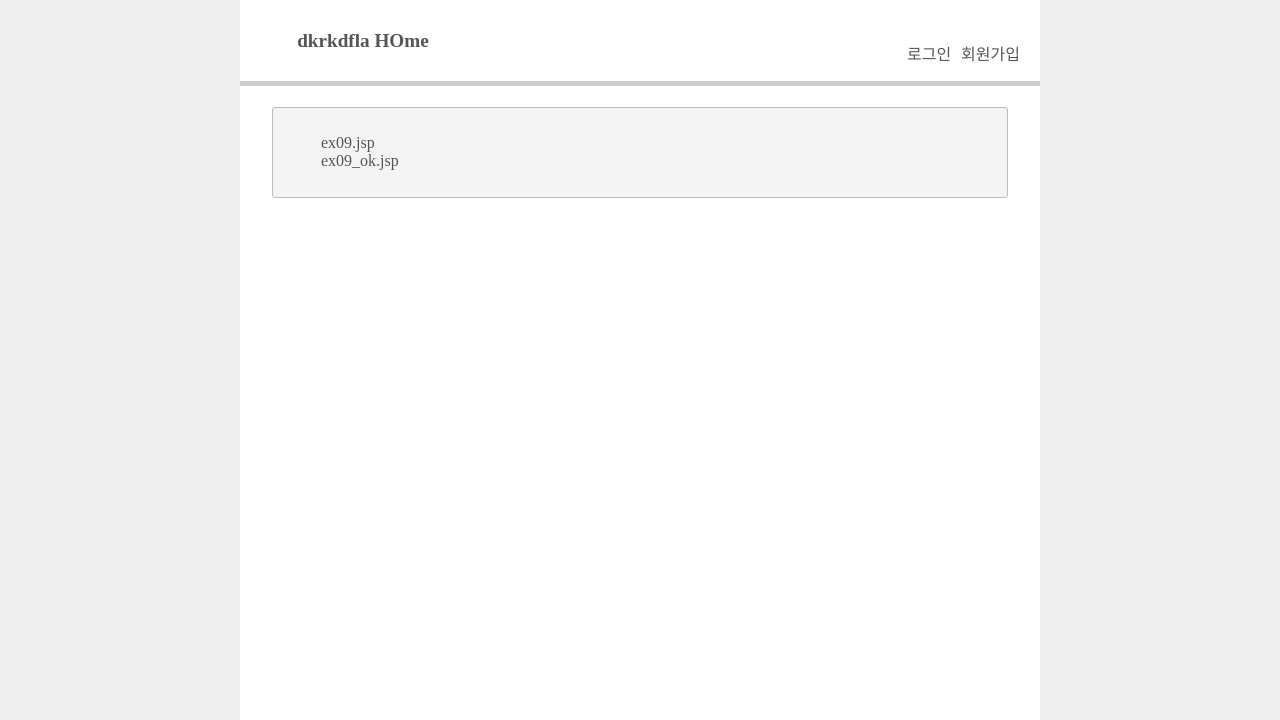
Repository: Dusajang/JSPClass
Page: http://localhost/jspPro/days03/ex09_ok.jsp
These files come from the project's save history. The page is drawn as it stood at one moment and after the next save; the edit follows.
The browser window is 1280 px wide. The pictures show the whole page.
Some web fonts or font styles are not loaded; a fallback is used. The page is served by Tomcat 9. Other server files are loaded and not shown.

Above is the page before, as saved 2024-10-17 07:20:51.

### jspPro/src/main/webapp/days03/ex09_ok.jsp
<%@ page contentType="text/html; charset=UTF-8" pageEncoding="UTF-8"%>
<!DOCTYPE html>
<html>
<head>
<meta charset="UTF-8">
<title>Insert title here</title>
<link rel="shortcut icon" type="image/x-icon" href="http://localhost/jspPro/images/SiSt.ico">
<script src="https://ajax.googleapis.com/ajax/libs/jquery/3.7.1/jquery.min.js"></script>
<meta name="viewport" content="width=device-width, initial-scale=1.0">
<meta name="google" content="notranslate">
<link rel="stylesheet" href="http://localhost/jspPro/resources/cdn-main/example.css">
<script src="http://localhost/jspPro/resources/cdn-main/example.js"></script>
<style>
 span.material-symbols-outlined{
    vertical-align: text-bottom;
 }
</style>
</head>
<body>
<header>
  <h1 class="main"><a href="#" style="position: absolute;top:30px;">dkrkdfla HOme</a></h1>
  <ul>
    <li><a href="#">로그인</a></li>
    <li><a href="#">회원가입</a></li>
  </ul>
</header>
<div>
  <xmp class="code">
    	ex09.jsp
    	ex09_ok.jsp
  </xmp>
</div>
</body>
</html>

### jspPro/src/main/webapp/resources/cdn-main/example.css
@charset "UTF-8";

@import url('https://fonts.googleapis.com/css2?family=Material+Symbols+Outlined:opsz,wght,FILL,GRAD@20..48,100..700,0..1,-50..200');

@font-face {
    font-family: 'GmarketSansMedium';
    src: url('https://cdn.jsdelivr.net/gh/projectnoonnu/noonfonts_2001@1.1/GmarketSansMedium.woff') format('woff');
    font-weight: normal;
    font-style: normal;
}

:root {
	--text-color: #555;
	--sub-text-color: #777;
	--back-color: #EFEFEF;
	--header-color: #444;
	--primary-color: #DEDEDE;
	--secondary-color: #EFEFEF;
	--default-width: 800px;
	--narrow-width: 500px;
	--wide-width: 1200px;
	--text-font: 'GmarketSansMedium';
	--icon-font: 'Material Symbols Outlined';
	--border-color: #CCC;
}

html, body {
	margin: 0;
	padding: 0;
}

html {
	background-color: var(--back-color);
	display: flex;
	justify-content: center;
	min-height: 100vh;
}

body, body.default {
	width: var(--default-width);
	background-color: white;
	padding-bottom: 120px;
}

body.wide {
	width: var(--wide-width);
}

body.narrow {
	width: var(--narrow-width);
}



body, p, div, span, a, input, select, option, textarea, button, table, th, td, label, fieldset, legend {
	font-family: var(--text-font);
	color: var(--text-color);
}

h1, h2, h3 {
	font-family: var(--text-font);
	color: var(--header-color);
	padding: 0 1rem;
	padding-top: .5rem;
}

div > h1, div > h2, div > h3 {
	padding: 0;
}

body > div, body > main > div {
	padding: 0.3rem 1rem;
}


h1 { font-size: 2rem; border-bottom: 1px solid var(--border-color); }
h1 small { font-size: 1.2rem; color: var(--sub-text-color); }
h2 { font-size: 1.5rem; border-bottom: 1px dashed var(--border-color); }
h2 small { font-size: 1.1rem; color: --sub-text-color; }
h3 { font-size: 1.2rem; }
h3 small { font-size: 1rem; color: --sub-text-color; }



h1.main::before {
	font-family: var(--icon-font);
  	content: '\e666';
  	margin-right: 10px;
  	float: left;
	font-size: 2.5rem;
}

h1.sub::before {
	font-family: var(--icon-font);
  	content: '\ea19';
  	margin-right: 10px;
  	float: left;
	font-size: 2.5rem;
}


h1.page::before {
	font-family: var(--icon-font);
  	content: '\e0e0';
  	margin-right: 10px;
  	float: left;
	font-size: 2.5rem;
}

body > header > ul > li > .active{
	background-color: #FFF;
	color:#F00;
}

body > header {
	display: flex;
	justify-content: space-between;
	border-bottom: 5px solid var(--border-color);
	min-height: 74px;
	background-color: #FFF;
}

body > header.sticky {
	position: sticky;
	top: 0;
	z-index: 98;
}

body > header > h1 {
	font-size: 1.2rem;
	border: 0;
}

body > header.in > h1::before {
	font-family: var(--icon-font);
  	content: '\e332‥';
  	margin-right: 3px;
  	float: left;
	font-size: 2rem;
}


body > header > ul {
	list-style-type: none;
	display: flex;
	align-items: flex-end;
	margin-right: 10px;
}

body > header > ul > li {
	margin-right: 10px;
	cursor: pointer;
}

body > header > ul > li > a {
	cursor: pointer;
}


form {
	display: block;
}

form > div {
	padding: 0.3rem 1rem;
}

div > form > div {
	padding: 0.3rem 0;
}

input, textarea, button, select {
	border: 1px solid #BBB;
	border-radius: 3px;
	outline: none;
	resize: none;
	padding: 7px;
	margin: 0;
}

input[type=text]:read-only, textarea:read-only {
	cursor: not-allowed;
	background-color: #FFF;
}

input[type=text]:disabled, textarea:disabled {
	cursor: not-allowed;
	background-color: #EEE;
}

input[type=text], input[type=password], textarea, button, select {
	/* width: 300px; */
}

textarea {
	display: block;
	height: 100px;
}

input[type=button], input[type=submit], button {
	/* width: inherit; */
}

input.short, textarea.short, button.short, select.short {
	width: 100px;
}

input.long, textarea.long, button.long, select.long {
	width: 350px;
}

.narrow input.long, .narrow textarea.long, .narrow button.long, .narrow select.long {
	width: calc(100% - 20px);
}

input.full, textarea.full, button.full, select.full {
	width: calc(100% - 20px);
}

textarea.short {
	height: 50px;
}

textarea.long {
	height: 100px;
}

textarea.full {
	height: 200px;
}

input, textarea {
	padding-top: 8px;
}

input[type=button], input[type=submit], button {
	padding: 5px 10px;
	background-color: var(--secondary-color);
	cursor: pointer;
	min-height: 36px;
}

input[type=button].primary, input[type=submit].primary, button.primary {
	/* background-color: rgba(100, 149, 237, .2); */
	background-color: var(--primary-color);
}

input[type=button].primary:hover, input[type=submit].primary:hover, button.primary:hover {
	/* background-color: rgba(100, 149, 237, .3); */
	background-color: var(--secondary-color);
}

input[type=button]:hover, input[type=submit]:hover, button:hover {
	background-color: var(--primary-color);
}

button {
	position: relative;
	left: 0;
	top: 0;
	padding-left: 35px;
}

button .material-symbols-outlined {
	position: absolute;
	left: 10px;
	top: 4px;
}

/* k2nik add */
button.login::before {
	font-family: var(--icon-font);
  	content: '\ea77';
	position: absolute;
	left: 11px;
	top: 4px;
	font-size: 1.25rem;
}

/* k2nik logout */
button.logout::before {
	font-family: var(--icon-font);
  	content: '\e9ba';
	position: absolute;
	left: 11px;
	top: 4px;
	font-size: 1.25rem;
}

/* k2nik help */
button.help::before {
	font-family: var(--icon-font);
  	content: '\f1c0';
	position: absolute;
	left: 11px;
	top: 4px;
	font-size: 1.25rem;
}

button.add::before{
	font-family: var(--icon-font);
  	content: '\e746';
	position: absolute;
	left: 11px;
	top: 4px;
	font-size: 1.25rem;
}

button.back::before {
	font-family: var(--icon-font);
  	content: '\e166';
	position: absolute;
	left: 11px;
	top: 4px;
	font-size: 1.25rem;
}

button.list::before {
	font-family: var(--icon-font);
  	content: '\e0ee';
	position: absolute;
	left: 11px;
	top: 4px;
	font-size: 1.25rem;
}


button.del::before {
	font-family: var(--icon-font);
  	content: '\e872';
	position: absolute;
	left: 11px;
	top: 4px;
	font-size: 1.25rem;
}


button.edit::before {
	font-family: var(--icon-font);
  	content: '\e745';
	position: absolute;
	left: 11px;
	top: 4px;
	font-size: 1.25rem;
}


button.login::before {
	font-family: var(--icon-font);
  	content: '\ea77';
	position: absolute;
	left: 11px;
	top: 4px;
	font-size: 1.25rem;
}


button.logout::before {
	font-family: var(--icon-font);
  	content: '\e9ba';
	position: absolute;
	left: 11px;
	top: 4px;
	font-size: 1.25rem;
}


button.in::before {
	font-family: var(--icon-font);
  	content: '\f71a';
	position: absolute;
	left: 11px;
	top: 4px;
	font-size: 1.25rem;
}


button.out::before {
	font-family: var(--icon-font);
  	content: '\f70e';
	position: absolute;
	left: 11px;
	top: 4px;
	font-size: 1.25rem;
}


button.reply::before {
	font-family: var(--icon-font);
  	content: '\e15e';
	position: absolute;
	left: 11px;
	top: 4px;
	font-size: 1.25rem;
}


button.comment::before {
	font-family: var(--icon-font);
  	content: '\e0b9';
	position: absolute;
	left: 11px;
	top: 4px;
	font-size: 1.25rem;
}


button.modal::before {
	font-family: var(--icon-font);
  	content: '\e89e';
	position: absolute;
	left: 11px;
	top: 4px;
	font-size: 1.25rem;
}


button.ok::before {
	font-family: var(--icon-font);
  	content: '\e86c';
	position: absolute;
	left: 11px;
	top: 4px;
	font-size: 1.25rem;
}


button.cancel::before {
	font-family: var(--icon-font);
  	content: '\e5c9';
	position: absolute;
	left: 11px;
	top: 4px;
	font-size: 1.25rem;
}

button.search::before {
	font-family: var(--icon-font);
  	content: '\e8b6';
	position: absolute;
	left: 11px;
	top: 4px;
	font-size: 1.25rem;
}

button.home::before {
	font-family: var(--icon-font);
  	content: '\e88a';
	position: absolute;
	left: 11px;
	top: 4px;
	font-size: 1.25rem;
}


button.sidebar::before {
	font-family: var(--icon-font);
  	content: '\f7e4';
	position: absolute;
	left: 11px;
	top: 4px;
	font-size: 1.25rem;
}


button.sidebar-right::before {
	font-family: var(--icon-font);
  	content: '\f7e5';
	position: absolute;
	left: 11px;
	top: 4px;
	font-size: 1.25rem;
}




button::before {
	font-family: var(--icon-font);
  	content: '\e323';
	position: absolute;
	left: 11px;
	top: 4px;
	font-size: 1.25rem;
}


table {
	border-collapse: collapse;
	margin: 1rem;
	box-sizing: border-box;
	width: calc(100% - 32px);
}

table.content {
	width: auto;
}

div > table {
	margin: 0;
}

table th, table td {
	border: 1px solid var(--border-color);
	padding: 7px;
	font-weight: normal;
}

table th {
	background-color: var(--back-color);
}

table.vertical th {
	width: 150px;
}

table.vertical td {
	width: calc(100% - 182px);
	padding-left: 10px;
}

table.content td, table.content th {
	width: auto;
}

body.narrow table.vertical th {
	width: 100px;
}

body.narrow table.vertical td {
	width: calc(100% - 182px);
}


table + table {
	margin-top: 30px;
}


p {
	padding: 0 1rem;
}

a {
	text-decoration: none;
}

a:hover {
	color: rgba(255, 99, 71, .7);
}

hr {
	border: 0;
	border-top: 1px solid var(--border-color);
	margin: 2rem 0;
}

.message {
	border: 1px solid var(--border-color);
	background-color: #EFEFEF;
	margin: 1rem;
	width: auto;
	padding-top: 10px;
	padding-bottom: 10px;
	font-size: 14px;
}

.message[title]::before {
	content: attr(title);
	display: block;
	border-bottom: 1px solid var(--border-color);
	padding-bottom: 5px;
	margin-bottom: 10px;
	margin-top: 7px;
}

.message.short {
	max-width: 250px;
}

.message.long {
	max-width: 500px;
}

.badge {
	float: right;
	font-size: .8rem;
	margin-top: 2px;
	margin-right: 2px;
	text-shadow: 0 0 7px gray;
}

.badge.left {
	float: none;
	margin-left: 2px;
}

.badge.right {
	float: right;
}

.badge.red {
	border-radius: 50%;
	padding: 2px 5px;
	background-color: rgb(255, 99, 71, .3);
}

.badge.yellow {

	border-radius: 50%;
	padding: 2px 5px;
	background-color: rgb(255, 215, 0, .5);
}

.badge.blue {
	border-radius: 50%;
	padding: 2px 5px;
	background-color: rgb(100, 149, 237, .3);
}

label + label {
	margin-left: 7px;
}

label input[type=checkbox], label input[type=radio] {
	transform: translate(0, 1px);
}

.group {
	display: flex;
}

.modal-content .group {
	margin-bottom: .5rem;
}

.group label {
	border: 1px solid #BBB;
	border-radius: 3px;
	outline: none;
	resize: none;
	padding: 7px 14px;
	margin: 0;
	border-top-right-radius: 0;
	border-bottom-right-radius: 0;
	background-color: #EFEFEF;
	white-space: nowrap;
	font-size: 14px;
}

.group input[type=text] {
	margin-left: -1px;
	border-top-left-radius: 0;
	border-bottom-left-radius: 0;
}

.group select {
	margin-left: -1px;
	border-top-left-radius: 0;
	border-bottom-left-radius: 0;
}

.group input.full[type=text] {
	margin-left: -1px;
	border-top-left-radius: 0;
	border-bottom-left-radius: 0;
	width: 100%;
}

.group input[type=button]:first-child, .group button:first-child {
	border-top-left-radius: 3px;
	border-bottom-left-radius: 3px;
	margin-left: 0px;
}

.group input[type=button], .group button {
	border-radius: 0;
	margin-left: -1px;
}

.group input[type=button]:last-child, .group button:last-child {
	margin-left: -1px;
	border-top-right-radius: 3px;
	border-bottom-right-radius: 3px;
}

.seperate {
	display: flex;
	justify-content: space-between;
}

div.list {
	width: max-content;
	margin: 1rem;
	border: 1px solid #BBB;
	border-radius: 3px;
	padding: 0;
}

div.list.full {
	width: auto;
	display: block;
	margin: 1rem;
	border: 1px solid #BBB;
	border-radius: 3px;
	padding: 0;
}

div.list > div {
	padding: .5rem 1rem;
	margin: 0;
	border-bottom: 1px solid #BBB;
}

div.list > div:last-child {
	border-bottom: 0;
}

pre.code , xmp.code{
	font-family: consols;
	background-color: rgba(150, 150, 150, .1);
	border: 1px solid #BBB;
	border-radius: 3px;
	padding: .5rem 1rem;
	padding-bottom: .6rem;
	margin: 1rem;
}




*[data-modal-window] {
	position: fixed;
	background-color: rgba(0, 0, 0, .3);
	left: 0;
	top: 0;
	display: none;
	justify-content: center;
	align-items: flex-start;
	width: 100%;
	min-height: 100vh;
	z-index: 100;
	opacity: 0;
	transition: 500ms all;
}

*[data-modal-window] .modal-container {
	border-radius: 5px;
	padding: 1rem;
	padding-bottom: .5rem;
	margin-top: -500px;
	opacity: 0;
	width: 500px;
	background-color: #FFF;
	margin-right: 2rem;
	transition: 500ms all;
}

*[data-modal-size=content] .modal-container {
	width: auto;
}

*[data-modal-size=narrow] .modal-container {
	width: 300px;
}

*[data-modal-size=wide] .modal-container {
	width: 760px;
}


*[data-modal-window] .modal-header {
	border-bottom: 1px solid var(--border-color);
	padding: 2px 5px;
}

*[data-modal-window] .modal-content {
	padding: 1rem 5px;
}

*[data-modal-window] .modal-content div:last-child {
	margin-top: 1rem;
	text-align: right;
}



*[data-sidebar-window] {
	position: fixed;
	background-color: #FFF;
	left: 0;
	top: 0;
	display: block;
	width: 300px;
	border-right: 1px solid var(--border-color);
	box-sizing: border-box;
	box-shadow: 0 0 3px var(--back-color);
	min-height: 100vh;
	z-index: 99;
	transform: translate(-300px, 0);
	transition-duration: 500ms;
	transition-property: transform;
}

*[data-sidebar-direction=right] {
	left: auto;
	right: 0;
	transform: translate(300px, 0);
	border-left: 1px solid var(--border-color);
}

*[data-sidebar-size=wide] {
	width: 500px;
	transform: translate(-500px, 0);
}

*[data-sidebar-window] .sidebar-title {
	border-bottom: 1px solid var(--border-color);
	margin-top: 20px;
	margin-bottom: 20px;
	padding-bottom: 5px;
	display: flex;
	justify-content: space-between;
}

*[data-sidebar-window] .sidebar-title span:last-child {
	cursor: pointer;
}


/* K2Nik pagination */
.center {
  text-align: center;
}

.pagination {
  display: inline-block;
}

.pagination a {
  color: black;
  float: left;
  padding: 3px 6px;
  text-decoration: none;
  transition: background-color .3s;
  border: 1px solid #ddd;
  margin: 0 3px;
}

.pagination a.active {
  background-color: #4CAF50;
  color: white;
  border: 1px solid #4CAF50;
}

.pagination a:hover:not(.active) {background-color: #ddd;}

### jspPro/src/main/webapp/resources/cdn-main/example.js

window.onload = () => {

    const list = document.querySelectorAll('input, textarea');

    list.forEach(item => {
        item.setAttribute('autocomplete', 'off');
    });


    const modal_btn_list = document.querySelectorAll('*[data-modal-button]');

    modal_btn_list.forEach(item => {
        item.onclick = function() {

            const name = this.dataset['modalButton'];
            const modal_window = document.querySelector('*[data-modal-window=' + name);

            const container = document.createElement('div');
            container.className = 'modal-container';



            const modal_header = document.createElement('div');
            modal_header.textContent = modal_window.dataset['modalTitle'];
            modal_header.className = 'modal-header';
            container.appendChild(modal_header);

            const modal_content = document.createElement('div');
            modal_content.className = 'modal-content';
            container.appendChild(modal_content);

            Array.from(modal_window.childNodes).forEach(item => {
                modal_content.appendChild(item);
            });

            modal_window.appendChild(container);

            modal_window.style.display = 'flex';

            setTimeout(() => {
                modal_window.style.opacity = 1;
                container.style.marginTop = '20px';
                container.style.opacity = 1;
            }, 50);


            const modal_ok = document.querySelector('*[data-modal-ok=' + name);
            modal_ok.addEventListener('click', function() {
                modal_window.style.opacity = 0;
                container.style.marginTop = '-500px';
                container.style.opacity = 0;

                setTimeout(() => {
                    modal_window.innerHTML = modal_content.innerHTML;
                    modal_window.style.display = 'none';
                }, 500);

            });

            const modal_cancel = document.querySelector('*[data-modal-cancel=' + name);
            modal_cancel.addEventListener('click', function() {

                modal_window.style.opacity = 0;
                container.style.marginTop = '-500px';
                container.style.opacity = 0;

                setTimeout(() => {
                    modal_window.innerHTML = modal_content.innerHTML;
                    modal_window.style.display = 'none';
                }, 500);
            });


        };
    });


    const sidebar_btn_list = document.querySelectorAll('*[data-sidebar-button]');

    sidebar_btn_list.forEach(item => {
        item.onclick = function() {



            const name = this.dataset['sidebarButton'];
            const sidebar_window = document.querySelector('*[data-sidebar-window=' + name);

            if (sidebar_window.style.transform == 'translate(0px, 0px)') return;



            sidebar_window.style.transform = 'translate(0, 0)';

            const sidebar_title = document.createElement('div');
            sidebar_title.className = 'sidebar-title';
            sidebar_title.innerHTML = '<span>' + sidebar_window.dataset['sidebarTitle'] + '</span><span class="material-symbols-outlined">close</span>';

            sidebar_title.children[1].onclick = function() {

                let sign = 1;
                let distance = 300;

                if (sidebar_window.dataset['sidebarDirection'] != 'right') {
                    sign = -1;
                } else {
                    sign = 1;
                }

                if (sidebar_window.dataset['sidebarSize'] != 'wide') {
                    distance = 300;
                } else {
                    distance = 500;
                }

                distance *= sign;

                sidebar_window.style.transform = 'translate(' + distance + 'px, 0)';

                setTimeout(function() {
                    sidebar_window.removeChild(sidebar_window.children[0]);
                }, 500);
            };


            sidebar_window.prepend(sidebar_title);

        }
    });

};

// window.onkeydown = function(event) {

//     if (event.keyCode == 27) {
//         if (document.querySelector('[data-modal-window').style.display == 'flex') {
//             document.querySelector('[data-modal-window').style.display = 'none';
//         }
//     }

// };

After the next save:
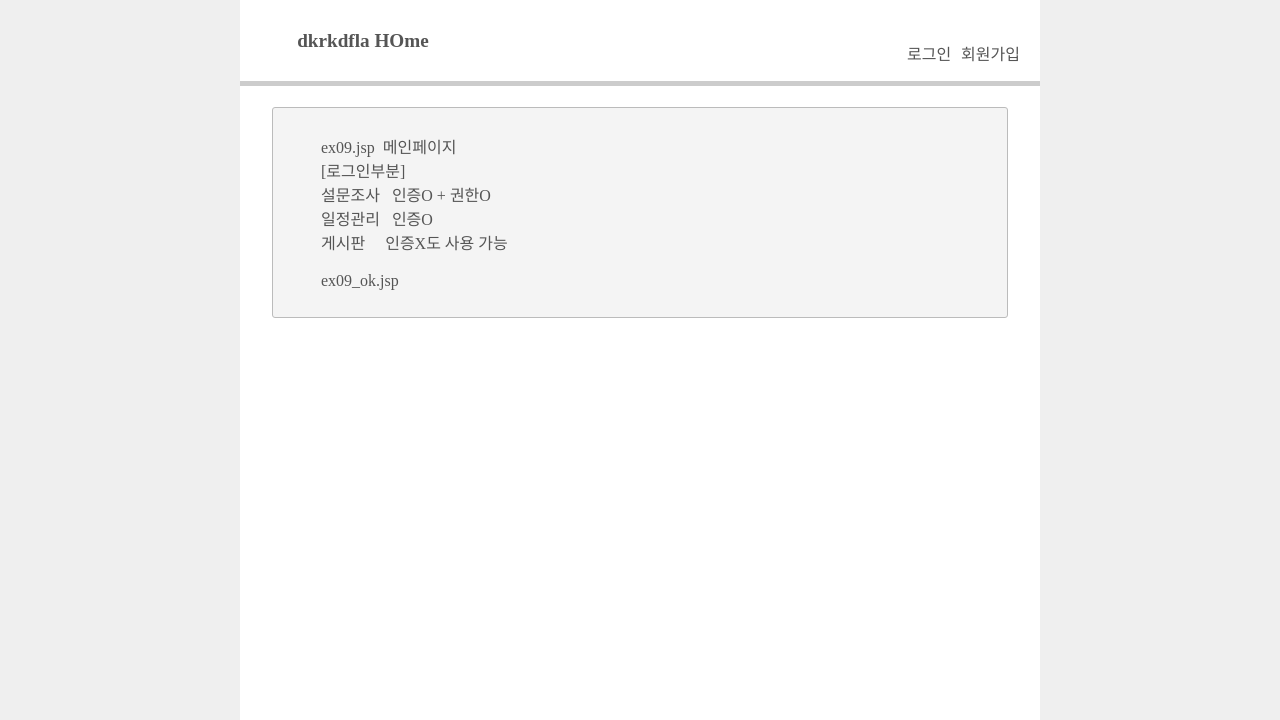
Saved 101 s later.
--- a/jspPro/src/main/webapp/days03/ex09_ok.jsp
+++ b/jspPro/src/main/webapp/days03/ex09_ok.jsp
@@ -26,7 +26,12 @@
 </header>
 <div>
   <xmp class="code">
-    	ex09.jsp
+    	ex09.jsp  메인페이지
+    	[로그인부분]
+    	설문조사   인증O + 권한O
+    	일정관리   인증O
+    	게시판     인증X도 사용 가능
+
     	ex09_ok.jsp
   </xmp>
 </div>
